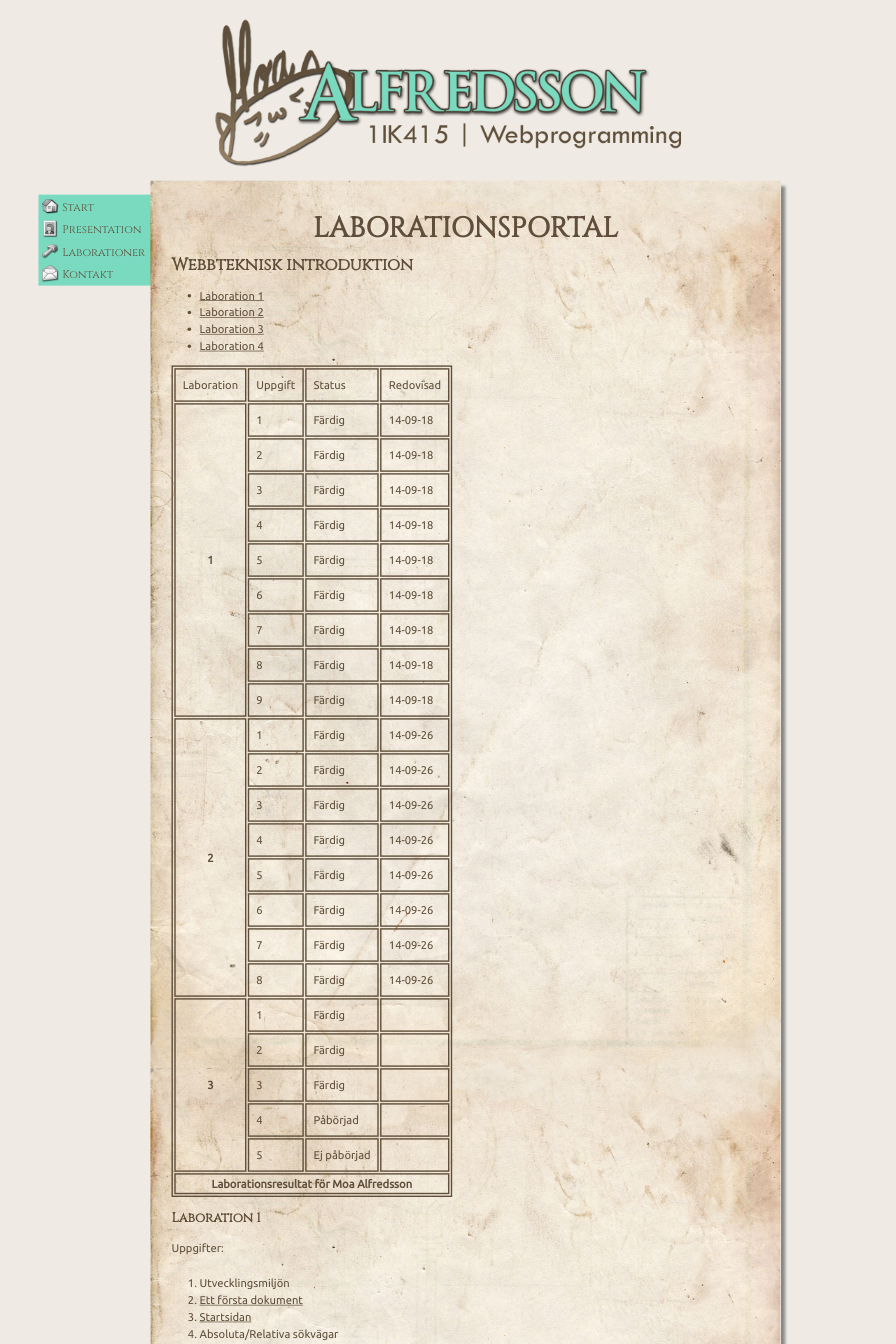
Repository: ma223md/1ik415
Page: pages/laborationer.html
The author's editor kept a record of every edit. The page is drawn from the files as they stood at one moment, then again after the next edit.
The browser window is 1280 px wide. The pictures show the part of the page from y = 0 to 1920 px (the page is 3219 px tall), at 70% of full size.

Above is the page before.

### pages/laborationer.html
<!DOCTYPE html>
<html>
    <head>
        <title>Laborationer</title>
        <meta charset="UTF-8">
        <!-- Gör så att svenska bokstäver visas korrekt -->
        <link rel="stylesheet" href="../css/style2.css" media="screen, handheld" />
        <link rel="stylesheet" href="../css/print.css" type="text/css" media="print" />
        <link href='//fonts.googleapis.com/css?family=Ubuntu' rel='stylesheet' type='text/css'>
        <link href='//fonts.googleapis.com/css?family=Cinzel' rel='stylesheet' type='text/css'>
    </head>
    <body>
        <div id="container">
            <div id="header">
            </div>

            <div id="navigation">
                <ul>
                    <li id="home"><a href="../index.html"> Start</a></li>
                    <li id="pres"><a href="../pages/presentation.html"> Presentation</a></li>
                    <li id="lab"><a href="laborationer.html" class="active"> Laborationer</a></li>
                    <li id="contact"><a href="../pages/kontakt.html"> Kontakt</a></li>
                </ul>
            </div>

            <div id="content">
                <h1>Laborationsportal</h1>
                <h2>Webbteknisk introduktion</h2>

                <ul>
                    <li><a href="#lab1">Laboration 1</a></li>
                    <li><a href="#lab2">Laboration 2</a></li>
                    <li><a href="#lab3">Laboration 3</a></li>
                    <li><a href="#lab4">Laboration 4</a></li>
                </ul>

                <table>
                    <tr>
                        <td>Laboration</td>
                        <td>Uppgift</td>
                        <td>Status</td>
                        <td>Redovisad</td>
                    </tr>
                    <tr>
                        <th rowspan="9">1</th>
                        <td>1</td>
                        <td>Färdig</td>
                        <td>14-09-18</td>
                    </tr>
                    <tr>
                        <td>2</td>
                        <td>Färdig</td>
                        <td>14-09-18</td>
                    </tr>
                    <tr>
                        <td>3</td>
                        <td>Färdig</td>
                        <td>14-09-18</td>
                    </tr>
                    <tr>
                        <td>4</td>
                        <td>Färdig</td>
                        <td>14-09-18</td>
                    </tr>
                    <tr>
                        <td>5</td>
                        <td>Färdig</td>
                        <td>14-09-18</td>
                    </tr>
                    <tr>
                        <td>6</td>
                        <td>Färdig</td>
                        <td>14-09-18</td>
                    </tr>
                    <tr>
                        <td>7</td>
                        <td>Färdig</td>
                        <td>14-09-18</td>
                    </tr>
                    <tr>
                        <td>8</td>
                        <td>Färdig</td>
                        <td>14-09-18</td>
                    </tr>
                    <tr>
                        <td>9</td>
                        <td>Färdig</td>
                        <td>14-09-18</td>
                    </tr>
                    <tr>
                        <th rowspan="8">2</th>
                        <td>1</td>
                        <td>Färdig</td>
                        <td>14-09-26</td>
                    </tr>
                    <tr>
                        <td>2</td>
                        <td>Färdig</td>
                        <td>14-09-26</td>
                    </tr>
                    <tr>
                        <td>3</td>
                        <td>Färdig</td>
                        <td>14-09-26</td>
                    </tr>
                    <tr>
                        <td>4</td>
                        <td>Färdig</td>
                        <td>14-09-26</td>
                    </tr>
                    <tr>
                        <td>5</td>
                        <td>Färdig</td>
                        <td>14-09-26</td>
                    </tr>
                    <tr>
                        <td>6</td>
                        <td>Färdig</td>
                        <td>14-09-26</td>
                    </tr>
                    <tr>
                        <td>7</td>
                        <td>Färdig</td>
                        <td>14-09-26</td>
                    </tr>
                    <tr>
                        <td>8</td>
                        <td>Färdig</td>
                        <td>14-09-26</td>
                    </tr>
                    <tr>
                        <th rowspan="5">3</th>
                        <td>1</td>
                        <td>Färdig</td>
                        <td></td>
                    </tr>
                    <tr>
                        <td>2</td>
                        <td>Färdig</td>
                        <td></td>
                    </tr>
                    <tr>
                        <td>3</td>
                        <td>Färdig</td>
                        <td></td>
                    </tr>
                    <tr>
                        <td>4</td>
                        <td>Påbörjad</td>
                        <td></td>
                    </tr>
                    <tr>
                        <td>5</td>
                        <td>Ej påbörjad</td>
                        <td></td>
                    </tr>
                    <tr>
                        <th colspan="4">Laborationsresultat för Moa Alfredsson</th>
                    </tr>
                </table>

                <h3><a id="lab1">Laboration 1</a></h3>
                <p>Uppgifter:</p>
                <ol>
                    <li>Utvecklingsmiljön</li>
                    <li><a href="../index.html">Ett första dokument</a></li>
                    <li><a href="../index.html">Startsidan</a></li>
                    <li>Absoluta/Relativa sökvägar
                        <dl>
                            <dt>Vilken är den absoluta sökvägen till filen bottom.html?</dt>
                            <dd>http://www.server.se/html/pages/bottom.html</dd>
                            <dt>Vilken är den relativa sökvägen från filen default.html till filen top.html?</dt>
                            <dd>pages/top.html</dd>
                            <dt>Vilken är den relativa sökvägen från filen bottom.html till filen index.html?</dt>
                            <dd>../index.html</dd>
                            <dt>Vilken är den absoluta sökvägen till filen index.html?</dt>
                            <dd>http://www.server.se/index.html  </dd>
                            <dt>Vilken är den relativa sökvägen från filen top.html till bottom.html?</dt>
                            <dd>bottom.html</dd>
                            <dt>Vilken är den relativa sökvägen från filen index.html till top.html?</dt>
                            <dd>html/pages/top.html</dd>
                        </dl>
                    </li>

                    <li><a href="laborationer.html">Länkar och mer listor</a></li>
                    <li>Bilder
                        <ul>
                            <li><a href="../pages/presentation.html#presentationsbild">Presentationsbild</a></li>
                            <li><a href="../pictures/logga2.png">Logga i pngformat</a></li>
                            <li><a href="../index.html#vektorgrafik">Vektorgrafik</a></li>
                        </ul>
                    </li>
                    <li><a href="../index.html">Video</a></li>
                    <li><a href="laborationer.html">Tabeller</a></li>
                    <li><a href="kontakt.html">Formulär</a></li>
                </ol>

                <h3><a id="lab2">Laboration 2</a></h3>
                <p>Uppgifter:</p>
                <ol>
                    <li>Använda stilmallar</li>
                    <li>Layout</li>
                    <li>Färgsättning</li>
                    <li>Menyn</li>
                    <li>Typografi</li>
                    <li>Övrigt</li>
                    <li>En ny bloggpost</li>
                    <li>Labrationssidan</li>
                </ol>

                <h3><a id="lab3">Laboration 3</a></h3>
                <p>Uppgifter:</p>
                <ol>
                    <li>Stila formuläret</li>
                    <li>Utskriftsvänlig version</li>
                    <li><a href="https://uppgift-3-3-c9-ladidah.c9.io/index.html">Copycat</a></li>
                    <li>CSS Sprites</li>
                    <li>CSS3</li>
                </ol>

                <h3><a id="lab4">Laboration 4</a></h3>
                <p>Uppgifter:</p>
                <ol>
                    <li>Kommer snart..</li>
                </ol>
            </div>

            <div id="footer">
                <p>Ansvarig för materialet på den här sidan är Moa Alfredsson</p>
            </div>
        </div>
    </body>
</html>

### css/style2.css
/* Layout */

/*  Colors
    Main: #e1e0ce
    Navigation: #79dac0
    Content text: #5f4f3a
*/
body
    {
        background: #efebe4;
        line-height: 1.5em;
    }

#header
    {
        background-image: url(pics/logga2.png);
        background-repeat: no-repeat;
        background-position: center;
        height:250px;
    }

#container
    {
        background: #efebe4;
        width: 1250px;
        overflow: auto;
        margin: 0 auto;
    }


#header img
    {
        padding-top: 15px;
        padding-left: 185px;
    }

#home a
    {
        background: url(pics/sprite.png) 5px -43px;
        background-repeat: no-repeat;
    }
#home a:hover
    {
        background: url(pics/sprite.png) 5px 5px;
        background-repeat: no-repeat;
        background-color:  #95efd7;
    }

#pres a
    {
        background: url(pics/sprite.png) 5px -235px;
        background-repeat: no-repeat;
    }
#pres a:hover
    {
        background: url(pics/sprite.png) 5px -187px;
        background-repeat: no-repeat;
        background-color:  #95efd7;
    }

#lab a
    {
        background: url(pics/sprite.png) 5px -139px;
        background-repeat: no-repeat;
    }

#lab a:hover
    {
        background: url(pics/sprite.png) 5px -91px;
        background-repeat: no-repeat;
        background-color:  #95efd7;
    }

#contact a
    {
        background: url(pics/sprite.png) 5px -331px;
        background-repeat: no-repeat;
    }

#contact a:hover
    {
        background: url(pics/sprite.png) 5px -283px;
        background-repeat: no-repeat;
        background-color:  #95efd7;
    }

#navigation
    {
        float: left;
        background: #efebe4;
        width: 200px;
    }

#navigation ul
    {
        list-style: none;
    }

#navigation li
    {
            width: 185px;
            height: 24px;
            padding-top: 4px;
            padding-bottom: 4px;
    }

#navigation a
    {
        padding-left: 34px;
        padding-right: 8px;
        padding-top: 6px;
        padding-bottom: 4px;
        text-decoration: none;
        font-family: 'Cinzel', serif;
        background-color: #79dac0;
        color: #5f4f3a;
        display: block;
    }

#navigation ul li .activehome
    {
        color: #5f4f3a;
        background-color: #95efd7;
        background: url(pics/sprite.png) 5px 5px;
        background-repeat: no-repeat;
    }
#navigation ul li .activepres
    {
        color: #5f4f3a;
        background-color: #95efd7;
        background: url(pics/sprite.png) 5px -187px;
        background-repeat: no-repeat;
    }
#navigation ul li .activelab
    {
        color: #5f4f3a;
        background-color: #95efd7;
        background: url(pics/sprite.png) 5px -91px;
        background-repeat: no-repeat;
    }
#navigation ul li .activecontact
    {
        color: #5f4f3a;
        background-color: #95efd7;
        background: url(pics/sprite.png) 5px -283px;
        background-repeat: no-repeat;
    }


#content
    {
        background-image: url(pics/paperbackground.jpg);
        width: 840px;
        float: left;
        box-shadow: 8px 8px 4px #888888;
        padding: 30px;
        color: #5f4f3a;
        font-family: 'Ubuntu', sans-serif;
    }

#content p
    {
        padding-bottom: 10px;
    }

#content .blogdate
    {
        font-size: 0.7em;
        clear: both;
    }

#content h1
    {
        color: #5f4f3a;
        font-family: 'Cinzel', serif;
        font-size: 2.5em;
        text-transform: uppercase;
        text-align: center;
    }

#content h2, h3
    {
        color: #5f4f3a;
        font-family: 'Cinzel', serif;
    }

#content table, th, td
    {
        border: 2px solid #5f4f3a;
    }

#content td
    {
        padding: 10px;
    }

#content a
    {
        color: #5f4f3a;
    }
/* Textwrap för bilder */
.TextWrapRight
    {
        float: right;
        padding-bottom: 10px;
        padding-left: 10px;
    }
.TextWrapLeft
    {
        float: left;
        padding-bottom: 10px;
        padding-right: 10px;
    }

img
    {
        max-width: 100%;
    }

form
    {
        margin:auto;
        position:relative;
        width:550px;
        color: #5f4f3a;
        font-family: 'Ubuntu', sans-serif;
        -webkit-border-radius: 10px;
        -moz-border-radius: 10px;
        padding:10px;
        border: 1px solid #999;
        border: inset 1px solid #333;
        -webkit-box-shadow: 0px 0px 8px rgba(0, 0, 0, 0.3);
        -moz-box-shadow: 0px 0px 8px rgba(0, 0, 0, 0.3);
        box-shadow: 0px 0px 8px rgba(0, 0, 0, 0.3);
    }

input, option, textarea, select
    {
        border: 1px solid #999;
        -webkit-box-shadow: 0px 0px 8px rgba(0, 0, 0, 0.3);
        -moz-box-shadow: 0px 0px 8px rgba(0, 0, 0, 0.3);
        box-shadow: 0px 0px 8px rgba(0, 0, 0, 0.3);
    }

.fillIn
    {
        width:375px;
        display:block;
    }

.button
    {
        width:80px;
        margin-top:10px;
        padding: 5px;
        color: #5f4f3a;
        font-family: 'Ubuntu', sans-serif;
    }

/* Placerar footer under kolumnerna */
#footer
    {
        clear: both;
        background: #79dac0;
        height: 66px;
    }

#footer p
    {
        color: #5f4f3a;
        font-family: 'Ubuntu', sans-serif;
        font-size: 0.7em;
        text-align: center;
        padding-top: 20px;
    }

### css/print.css
#navigation {display: none}

body
    {
        background: white;
        line-height: 1.5em;
    }

#header
    {
    display: none;
    }

#content
    {
        width: 840px;
        float: left;
        padding: 30px;
    }

#content p
    {
        padding-bottom: 10px;
    }

#content .blogdate
    {
        font-size: 0.7em;
        clear: both;
    }

#content h1
    {
        color: #5f4f3a;
        font-size: 2.5em;
        text-transform: uppercase;
        text-align: center;
    }

#content table, th, td
    {
        border: 2px solid black;
    }

#content td
    {
        padding: 10px;
    }

@media print{
       a:after{ content: attr(href)}


#content video
{
    display: none;
}
/* Textwrap för bilder */
.TextWrapRight
    {
        float: right;
        padding-bottom: 10px;
        padding-left: 10px;
    }
.TextWrapLeft
    {
        float: left;
        padding-bottom: 10px;
        padding-right: 10px;
    }

form
    {
        margin:auto;
        position:relative;
        width:550px;
        -webkit-border-radius: 10px;
        -moz-border-radius: 10px;
        padding:10px;
        border: 1px solid #999;
        border: inset 1px solid #333;
    }

input, option, textarea, select
    {

        border: 1px solid #999;
    }

.fillIn
    {
        width:375px;
        display:block;
    }

.button
{
    width:80px;
    margin-top:10px;
    padding: 5px;
}

/* Placerar footer under kolumnerna */
#footer
    {
        clear: both;
        background: white;
        height: 66px;
    }

#footer p
    {
        font-size: 0.7em;
        text-align: center;
        padding-top: 20px;
    }

After the next edit:
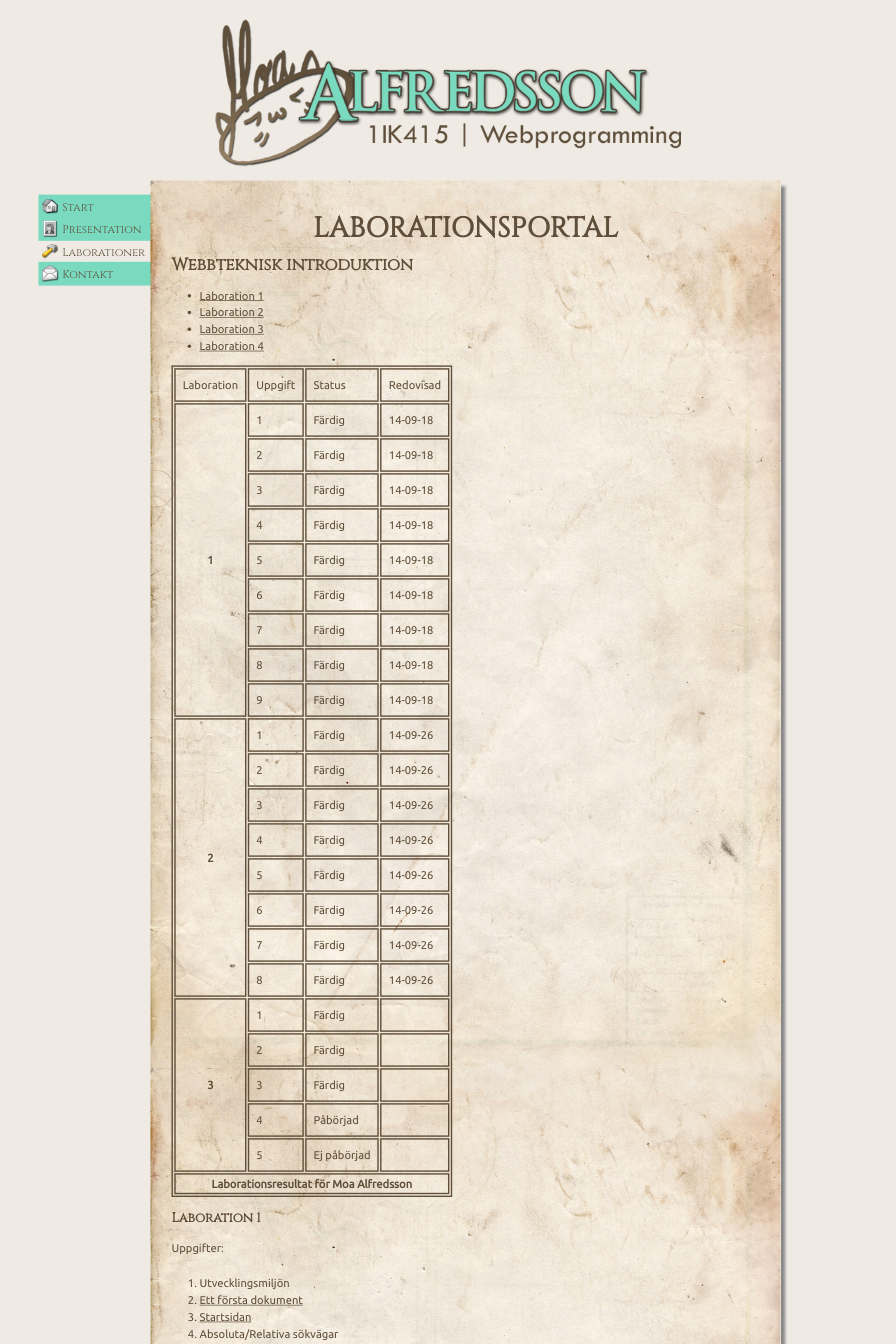
The edit:
--- a/pages/laborationer.html
+++ b/pages/laborationer.html
@@ -18,7 +18,7 @@
                 <ul>
                     <li id="home"><a href="../index.html"> Start</a></li>
                     <li id="pres"><a href="../pages/presentation.html"> Presentation</a></li>
-                    <li id="lab"><a href="laborationer.html" class="active"> Laborationer</a></li>
+                    <li id="lab"><a href="../pages/laborationer.html" class="activelab"> Laborationer</a></li>
                     <li id="contact"><a href="../pages/kontakt.html"> Kontakt</a></li>
                 </ul>
             </div>
